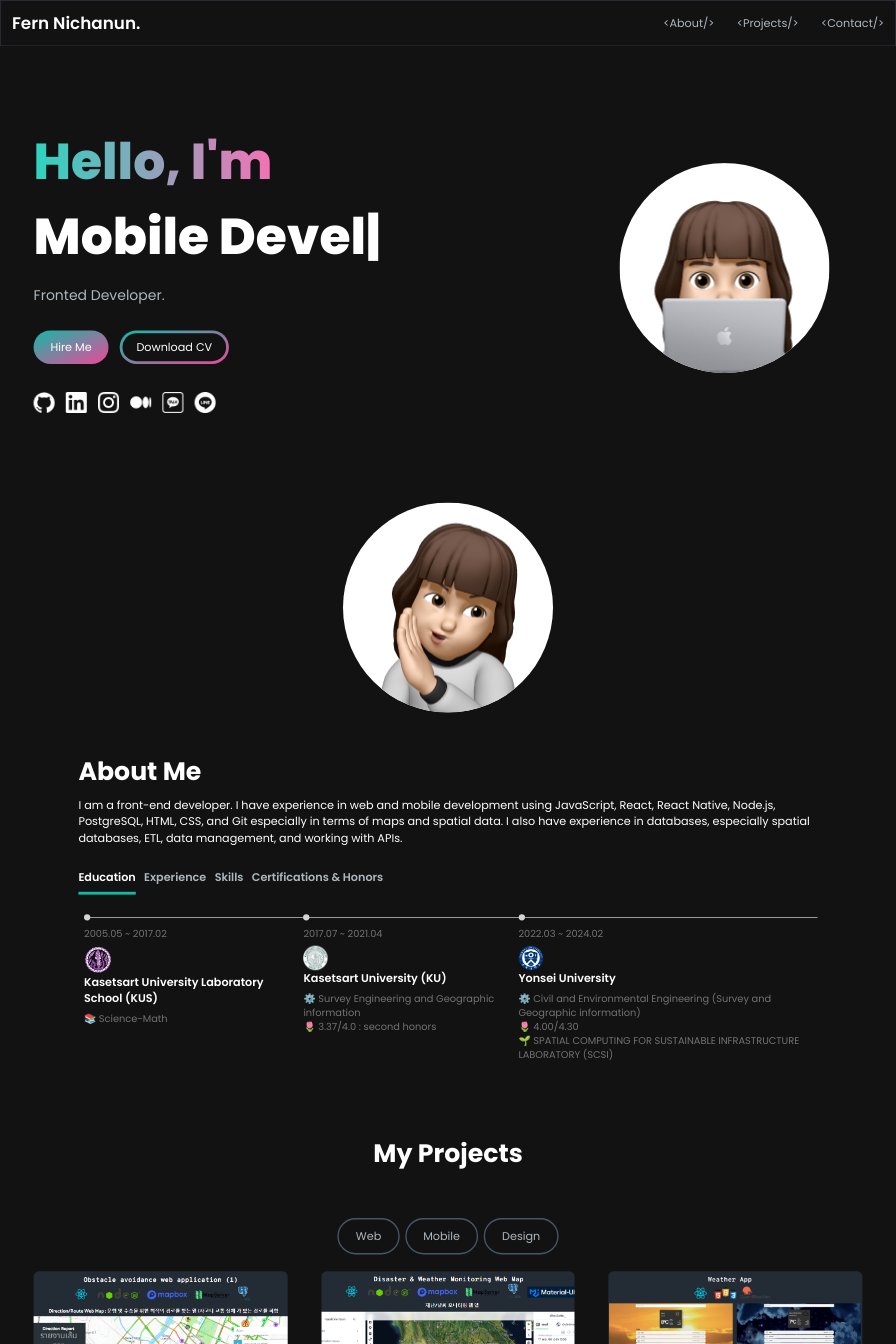
Repository: ffferncake/ffferncake-webport-2024
Page: /
These files come from the project's save history. The page is drawn as it stood at one moment and after the next save; the edit follows.
The browser window is 1280 px wide. The pictures show the part of the page from y = 0 to 1920 px (the page is 4410 px tall), at 70% of full size.
The project was rebuilt for these pictures with package versions that can differ from the ones it lists, and the page was loaded fresh each time. The framework's server and built-in components were replaced by stand-ins that run in the browser. Also part of the build but not shown: next.config.js, src/app/components/MenuOverlay.jsx, src/app/components/AchievementsSection.jsx.

Above is the page before, as saved 2024-03-16 17:35:19.

After the next save:
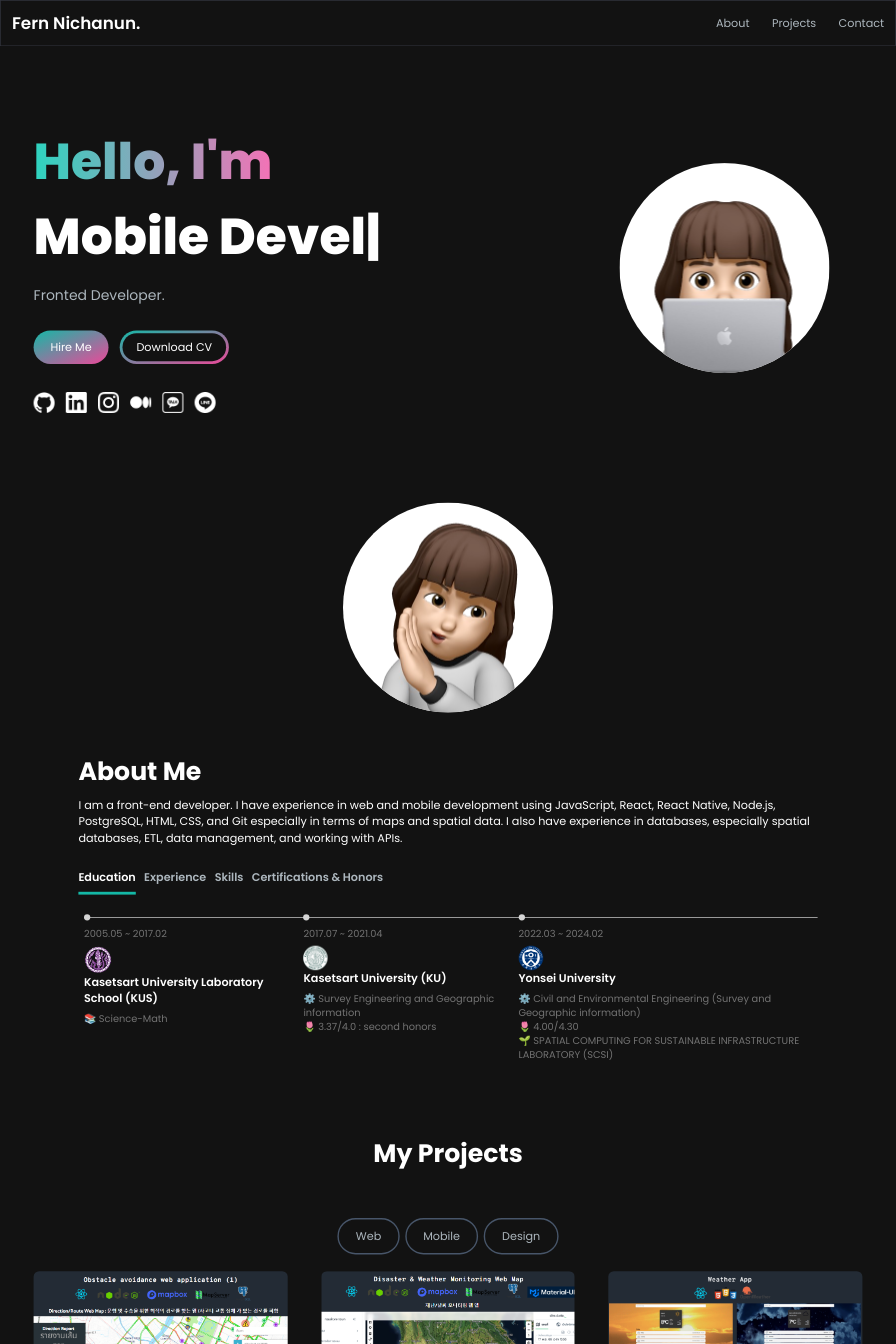
Saved 29 min 44 s later.
--- a/src/app/components/Navbar.jsx
+++ b/src/app/components/Navbar.jsx
@@ -7,15 +7,15 @@
 
 const navLinks = [
   {
-    title: "<About/>",
+    title: "About",
     path: "#about",
   },
   {
-    title: "<Projects/>",
+    title: "Projects",
     path: "#projects",
   },
   {
-    title: "<Contact/>",
+    title: "Contact",
     path: "#contact",
   },
 ];
